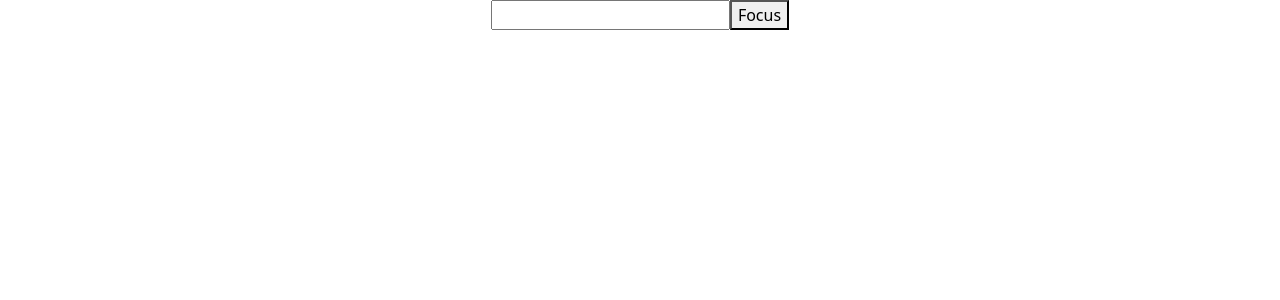
Repository: claudemarjean/React
Page: /
An editor plug-in stored every save of this project. The page is shown before and after the next save, followed by the edit.
The browser window is 1280 px wide. The pictures show the whole page.
The project was rebuilt for these pictures with package versions that can differ from the ones it lists, and the page was loaded fresh each time.

Above is the page before, as saved 2023-07-08 11:23:34.

After the next save:
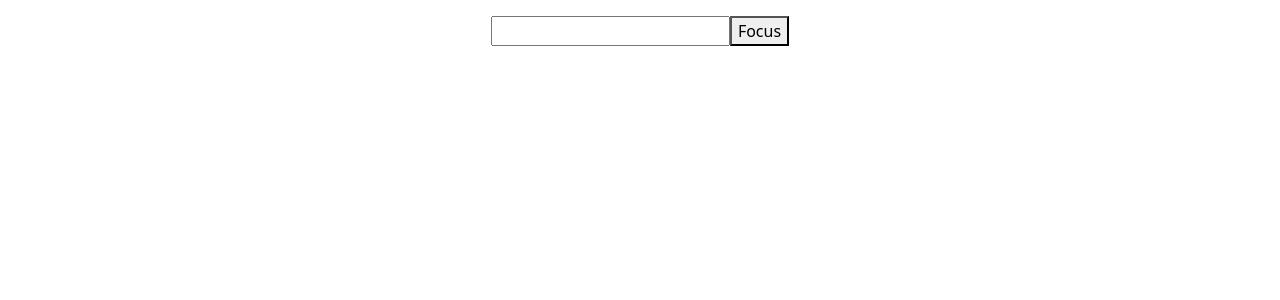
Saved 22 s later.
--- a/src/components/Input.js
+++ b/src/components/Input.js
@@ -12,6 +12,7 @@ function Input(){
 
     return(
         <div>
+            <p>{name}</p>
             <input  ref={usernameRef} type="text"/>
             <button onClick={handleSubmit}>Focus</button>
         </div>
